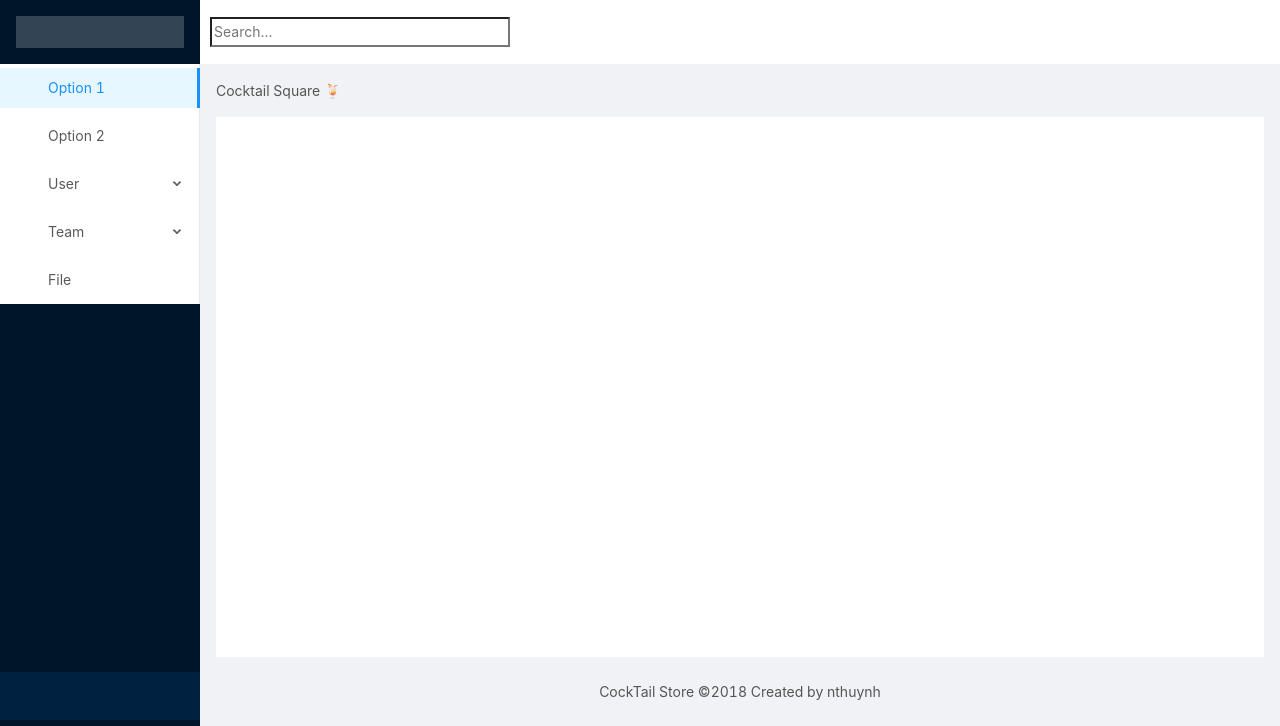
Repository: huynhnt1406/cocktail
Page: /
The author's editor kept a copy of each file at every save. The page is drawn from the files as they stood at one save, then again after the next save.
The browser window is 1280 px wide. The pictures show the whole page.
The page's requests for data from a server got no answer. The project was rebuilt for these pictures with package versions that can differ from the ones it lists, and the page was loaded fresh each time. No one was signed in, and anything a server would have sent is missing.

Above is the page before, as saved 2021-05-06 00:24:20.

After the next save:
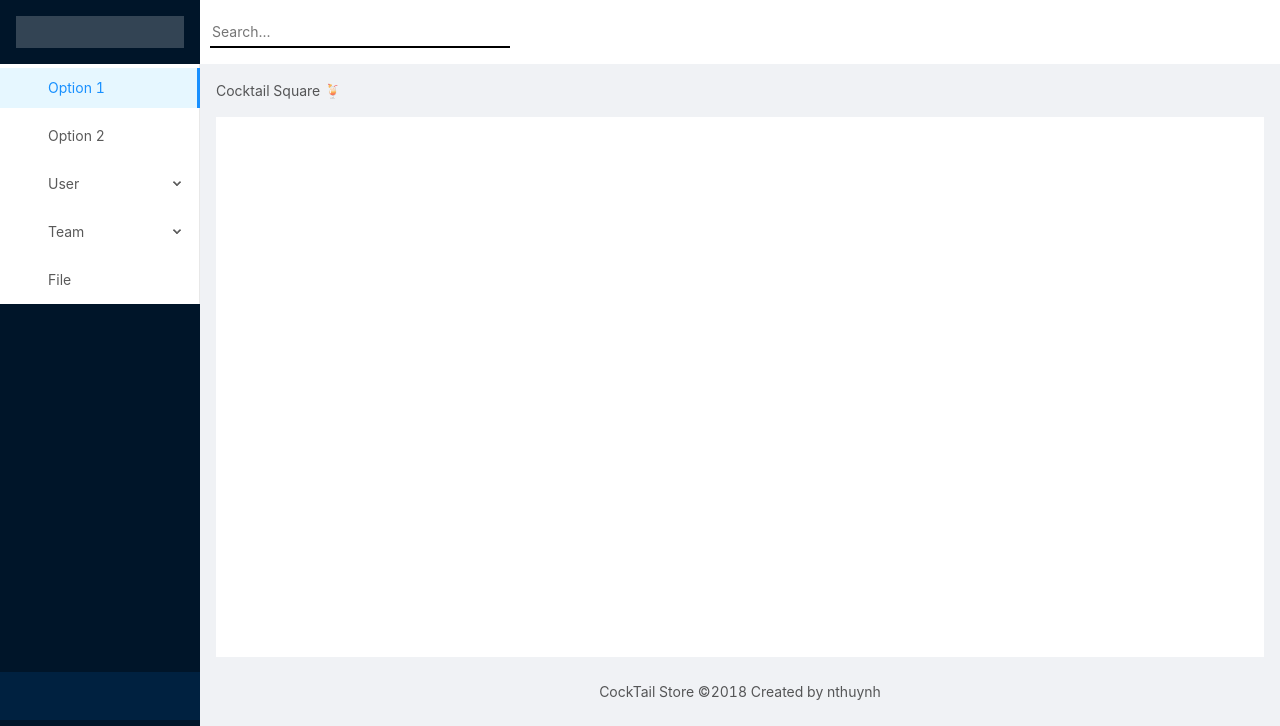
Saved 73 s later.
--- a/src/components/SearchBar.vue
+++ b/src/components/SearchBar.vue
@@ -26,5 +26,13 @@ export default {
 .search-tool input{
     height: 30px;
     width: 300px;
+    background-color: transparent;
+    border-left:none;
+    border-right: none;
+    border-top:none;
+    border-bottom: 2px solid black;
+}
+.search-tool input:focus{
+    border-bottom: 2px solid green;
 }
 </style>
